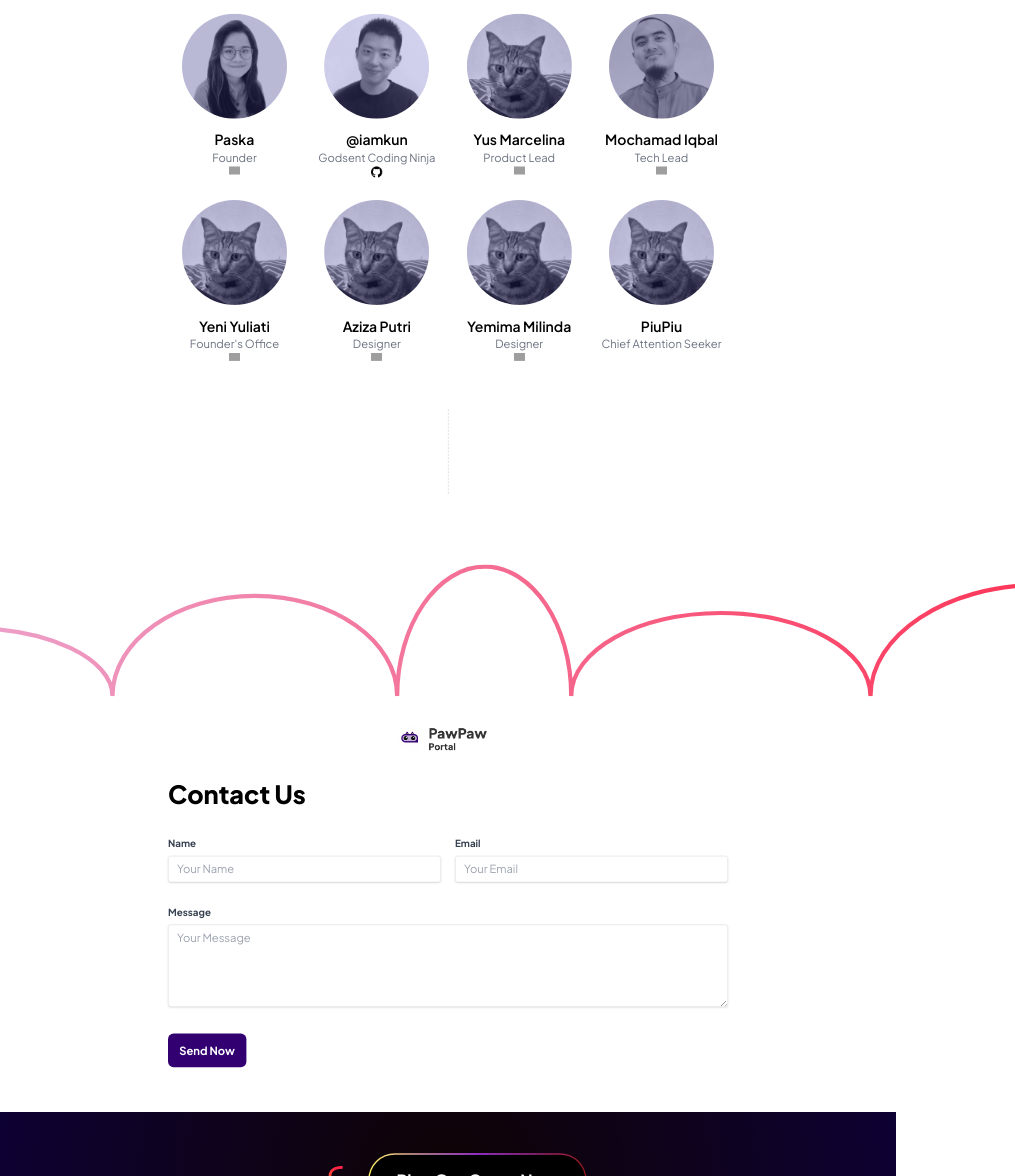
Repository: paskasiregar/pawpawwebsite
Page: /
The author's editor kept a copy of each file at every save. The page is drawn from the files as they stood at one save, then again after the next save.
The browser window is 1280 px wide. The page is 1450 px wide, so the pictures cover 1450 px, including what lies to the right of the window. The pictures show the part of the page from y = 1851 to 3531 px (the page is 4052 px tall before and 4060 px after), at 70% of full size.
Pictures or frames that could not be fetched are drawn as grey boxes. The project was rebuilt for these pictures with package versions that can differ from the ones it lists, and the page was loaded fresh each time. The framework's server and built-in components were replaced by stand-ins that run in the browser. Also part of the build but not shown: next.config.js, next.config.mjs.

Above is the page before, as saved 2024-09-06 12:31:21.

### src/app/layout.js
import { Inter } from "next/font/google";
import "./globals.css";

const inter = Inter({ subsets: ["latin"] });

export const metadata = {
  title: "PawPaw Portal | Your One-Stop Shelter",
  description: "Your One-Stop Shelter",
};

export default function RootLayout({ children }) {
  return (
    <html lang="en">
      <meta
        name="google-adsense-account"
        content="ca-pub-4770655134097556"
      ></meta>
      <body className={inter.className}>{children}</body>
    </html>
  );
}

### src/app/page.js
import { Contact } from "@/components/contact";
import { Divider } from "@/components/divider";
import { Footer } from "@/components/footer";
import { Header } from "@/components/header";
import CTA from "@/components/CTA";
import Hero from "@/components/hero";
import PrimaryButton from "@/components/primaryButton";
import SecButton from "@/components/secButton";
import Image from "next/image";
import bannerImage from "../assets/banner.png";
import logoHeaderImage from "../assets/banner-10.png";
import Link from "next/link";
import Head from "next/head";
import linkedin from "../assets/linkedin.png";
import github from "../assets/github.png";
import piupiu from "../assets/piupiu.png";
import paska from "../assets/paska.png";
import iqbal from "../assets/iqbal.png";
import kun from "../assets/kun.png";

export default async function Home() {
  return (
    <div className="w-full font-plus-jakarta m-auto flex min-h-screen flex-col items-center justify-between">
      <Head>
        <script
          async
          src="https://pagead2.googlesyndication.com/pagead/js/adsbygoogle.js?client=ca-pub-4770655134097556"
          crossorigin="anonymous"
        ></script>
      </Head>
      <section className="w-full">
        <div className="centeredcontainer main-container">
          <Header />
        </div>
        <main className="main-container">
          <Hero />
          <Divider />
          <div className="self-stretch bg-white flex flex-col md:flex-row">
            <div className="flex-1 relative h-48 md:h-[489px] z-[0] flex items-center justify-center">
              <Image
                className="w-[80%] h-auto object-cover"
                alt="banner"
                src={bannerImage}
                width={200}
                height={200}
              />
            </div>

            {/* How it works */}
            <div
              id="how-it-works"
              className="flex-1 flex flex-col items-center md:items-start justify-center gap-4 z-[1] p-4 md:p-8"
            >
              <div className="space-y-4">
                <div className="flex justify-center md:justify-start">
                  <svg
                    width="130"
                    height="77"
                    viewBox="0 0 130 77"
                    fill="none"
                    xmlns="http://www.w3.org/2000/svg"
                  >
                    <path
                      d="M2.04016 48.038C39.1938 19.0059 75.4362 75.5193 75.4362 75.5193C58.6481 44.4597 70.5515 14.7701 105.05 54.8444C105.05 54.8444 88.8644 34.0647 127.885 2.52962"
                      stroke="url(#paint0_linear_545_35744)"
                      strokeWidth="4.42591"
                      strokeMiterlimit="10"
                      strokeLinejoin="bevel"
                    />
                    <defs>
                      <linearGradient
                        id="paint0_linear_545_35744"
                        x1="19.971"
                        y1="73.8863"
                        x2="126.116"
                        y2="-0.218346"
                        gradientUnits="userSpaceOnUse"
                      >
                        <stop offset="0.2868" stopColor="#E9404C" />
                        <stop offset="0.2967" stopColor="#EA475C" />
                        <stop offset="0.3252" stopColor="#EB5B85" />
                        <stop offset="0.3554" stopColor="#EB6CA8" />
                        <stop offset="0.3871" stopColor="#EC79C5" />
                        <stop offset="0.4209" stopColor="#EC84DB" />
                        <stop offset="0.4577" stopColor="#ED8BEB" />
                        <stop offset="0.4998" stopColor="#ED90F4" />
                        <stop offset="0.5589" stopColor="#ED91F7" />
                      </linearGradient>
                    </defs>
                  </svg>
                </div>
                <div className="hidden md:flex items-center justify-center">
                  <Image
                    className="w-36 h-10 object-cover"
                    alt="Logo"
                    src={logoHeaderImage}
                    width={120}
                    height={20}
                  />
                </div>
                <div className="flex flex-col items-center md:items-start">
                  <div className="relative font-extrabold text-2xl md:text-4xl text-center md:text-left">
                    How PawPaw Portal Works
                  </div>
                </div>
                <div className="self-stretch flex flex-col md:flex-row items-center md:items-start justify-start text-lg md:text-xl text-gray-500">
                  <div className="flex-1 flex flex-col items-center md:items-start justify-start">
                    <div className="self-stretch">
                      <p className="m-0 text-center md:text-left">
                        Every video you watch on our app can help animals in
                        need. Fun, isn&apos;t it?
                      </p>
                      <p className="m-2"></p>
                      <p className="m-0 text-center md:text-left">
                        Join us at PawPaw Portal, where animal lovers and
                        shelters meet. Let&apos;s make a difference together!
                      </p>
                    </div>
                  </div>
                </div>
                <div className="flex flex-col md:flex-row gap-2">
                  <PrimaryButton href="https://game.pawpawportal.com">
                    Play Now
                  </PrimaryButton>
                  <Link
                    href="#about-us"
                    className="flex flex-col md:flex-row gap-2"
                  >
                    <SecButton>About Us</SecButton>
                  </Link>
                </div>
              </div>
            </div>
          </div>

          {/* Team */}
          <Divider />
          <div
            id="team"
            className="flex-1 flex flex-col items-center md:items-center justify-center gap-4 z-[1] p-4 md:p-8"
          >
            <div className="space-y-4 justify-center">
              <div className="flex justify-center md:justify-center"></div>

              <div className="flex flex-col items-center md:items-center mb-8">
                <div className="relative font-extrabold text-2xl md:text-4xl text-center md:text-center mb-8">
                  Who are behind PawPaw Portal?
                </div>
              </div>

              <div className="grid grid-cols-1 md:grid-cols-2 lg:grid-cols-4 gap-6 md:gap-8 justify-center">
                {/* Paska */}
                <div className="flex flex-col items-center">
                  <Image
                    className="rounded-full object-cover"
                    alt="Paska"
                    src={paska}
                    width={150}
                    height={150}
                    sizes="(max-width: 768px) 100px, (max-width: 1200px) 150px, 200px"
                  />
                  <div className="text-xl font-semibold mt-4">Paska</div>
                  <div className="text-gray-500">Founder</div>
                  <Link href="https://www.linkedin.com/in/pas-ka" passHref>
                    <Image
                      src={linkedin}
                      alt="LinkedIn"
                      width={16}
                      height={16}
                      sizes="(max-width: 768px) 24px, (max-width: 1200px) 24px"
                    />
                  </Link>
                </div>

                {/* iamkun */}
                <div className="flex flex-col items-center">
                  <Image
                    className="rounded-full object-cover"
                    alt="@iamkun"
                    src={kun}
                    width={150}
                    height={150}
                    sizes="(max-width: 768px) 100px, (max-width: 1200px) 150px, 200px"
                  />
                  <div className="text-xl font-semibold mt-4">@iamkun</div>
                  <div className="text-gray-500">Godsent Coding Ninja</div>
                  <Link href="https://github.com/iamkun" passHref>
                    <Image
                      src={github}
                      alt="GitHub"
                      width={16}
                      height={16}
                      sizes="(max-width: 768px) 24px, (max-width: 1200px) 24px"
                    />
                  </Link>
                </div>

                {/* Kak Yus */}
                <div className="flex flex-col items-center">
                  <Image
                    className="rounded-full object-cover"
                    alt="Yus Marcelina"
                    src={piupiu}
                    width={150}
                    height={150}
                    sizes="(max-width: 768px) 100px, (max-width: 1200px) 150px, 200px"
                  />
                  <div className="text-xl font-semibold mt-4">
                    Yus Marcelina
                  </div>
                  <div className="text-gray-500">Product Lead</div>
                  <Link
                    href="https://www.linkedin.com/in/yus-marcelina"
                    passHref
                  >
                    <Link href="https://www.linkedin.com/in/pas-ka" passHref>
                      <Image
                        src={linkedin}
                        alt="LinkedIn"
                        width={16}
                        height={16}
                        sizes="(max-width: 768px) 24px, (max-width: 1200px) 24px"
                      />
                    </Link>
                  </Link>
                </div>

                {/* Mas Iqbal */}
                <div className="flex flex-col items-center">
                  <Image
                    className="rounded-full object-cover"
                    alt="Moch Iqbal"
                    src={iqbal}
                    width={150}
                    height={150}
                    sizes="(max-width: 768px) 100px, (max-width: 1200px) 150px, 200px"
                  />
                  <div className="text-xl font-semibold mt-4">
                    Mochamad Iqbal
                  </div>
                  <div className="text-gray-500">Tech Lead</div>
                  <Link
                    href="https://www.linkedin.com/in/mochamad-iqbal"
                    passHref
                  >
                    <Link href="https://www.linkedin.com/in/pas-ka" passHref>
                      <Image
                        src={linkedin}
                        alt="LinkedIn"
                        width={16}
                        height={16}
                        sizes="(max-width: 768px) 24px, (max-width: 1200px) 24px"
                      />
                    </Link>
                  </Link>
                </div>

                {/* Julie */}
                <div className="flex flex-col items-center">
                  <Image
                    className="rounded-full object-cover"
                    alt="Yeni Yuliati"
                    src={piupiu}
                    width={150}
                    height={150}
                    sizes="(max-width: 768px) 100px, (max-width: 1200px) 150px, 200px"
                  />
                  <div className="text-xl font-semibold mt-4">Yeni Yuliati</div>
                  <div className="text-gray-500">Founder's Office</div>
                  <Link
                    href="https://www.linkedin.com/in/yeni-yuliati"
                    passHref
                    target="_blank"
                    rel="noopener noreferrer"
                  >
                    <Link href="https://www.linkedin.com/in/pas-ka" passHref>
                      <Image
                        src={linkedin}
                        alt="LinkedIn"
                        width={16}
                        height={16}
                        sizes="(max-width: 768px) 24px, (max-width: 1200px) 24px"
                      />
                    </Link>
                  </Link>
                </div>

                {/* Aziza */}
                <div className="flex flex-col items-center">
                  <Image
                    className="rounded-full object-cover"
                    alt="Aziza Putri"
                    src={piupiu}
                    width={150}
                    height={150}
                    sizes="(max-width: 768px) 100px, (max-width: 1200px) 150px, 200px"
                  />
                  <div className="text-xl font-semibold mt-4">Aziza Putri</div>
                  <div className="text-gray-500">Designer</div>
                  <Link
                    href="https://www.linkedin.com/in/yeni-yuliati"
                    passHref
                    target="_blank"
                    rel="noopener noreferrer"
                  >
                    <Link href="https://www.linkedin.com/in/pas-ka" passHref>
                      <Image
                        src={linkedin}
                        alt="LinkedIn"
                        width={16}
                        height={16}
                        sizes="(max-width: 768px) 24px, (max-width: 1200px) 24px"
                      />
                    </Link>
                  </Link>
                </div>

                {/* Yemima */}
                <div className="flex flex-col items-center">
                  <Image
                    className="rounded-full object-cover"
                    alt="Yemima Milinda"
                    src={piupiu}
                    width={150}
                    height={150}
                    sizes="(max-width: 768px) 100px, (max-width: 1200px) 150px, 200px"
                  />
                  <div className="text-xl font-semibold mt-4">
                    Yemima Milinda
                  </div>
                  <div className="text-gray-500">Designer</div>
                  <Link
                    href="https://www.linkedin.com/in/yeni-yuliati"
                    passHref
                    target="_blank"
                    rel="noopener noreferrer"
                  >
                    <Link href="https://www.linkedin.com/in/pas-ka" passHref>
                      <Image
                        src={linkedin}
                        alt="LinkedIn"
                        width={16}
                        height={16}
                        sizes="(max-width: 768px) 24px, (max-width: 1200px) 24px"
                      />
                    </Link>
                  </Link>
                </div>

                {/* PiuPiu */}
                <div className="flex flex-col items-center">
                  <Image
                    className="rounded-full object-cover"
                    alt="PiuPiu"
                    src={piupiu}
                    width={150}
                    height={150}
                    sizes="(max-width: 768px) 100px, (max-width: 1200px) 150px, 200px"
                  />
                  <div className="text-xl font-semibold mt-4">PiuPiu</div>
                  <div className="text-gray-500">Chief Attention Seeker</div>
                </div>
              </div>
            </div>
          </div>

          <Divider />
          <Contact />
        </main>
        <div className="w-full">
          <div>
            <CTA />
          </div>
          <div id="about-us">
            <Footer />
          </div>
        </div>
      </section>
    </div>
  );
}

### src/components/divider.jsx
export const Divider = () => {
  return (
    <div className="self-stretch h-[195px] flex flex-row items-center justify-center py-16 px-[130px] box-border">
      <div className="w-px relative box-border h-[121px] border-r-[1px] border-dashed border-gray-300" />
    </div>
  );
};

### src/components/header.jsx
import Link from "next/link";
import PrimaryButton from "@/components/primaryButton";
import React from "react";
import Image from "next/image";
import logoHeaderImage from "../assets/banner-10.png";

export const Header = () => {
  return (
    <div className="font-plus-jakarta w-full flex flex-col items-center justify-center text-left text-gray-500">
      <div className="self-stretch bg-white flex flex-col items-center justify-center text-sm">
        <div className="w-full header-content p-2.5 box-border">
          <Link href="/">
            {" "}
            {/* Homepage */}
            <Image
              className="w-36 h-10 object-cover"
              alt="Logo"
              src={logoHeaderImage}
              width={120}
              height={20}
            />
          </Link>
          <div className="hidden md:flex flex-row items-center justify-center gap-8">
            <div>
              <Link href="#how-it-works">How It Works</Link>
            </div>
            <div>
              <Link href="#about-us">About Us</Link>
            </div>
            <div>
              <Link href="/privacy">Privacy Policy</Link>
            </div>
          </div>
          <div className="header-logo-button">
            <PrimaryButton href="https://game.pawpawportal.com">
              Be Our Hero Today!
            </PrimaryButton>
          </div>
        </div>
      </div>
    </div>
  );
};

export default Header;

### src/components/CTA.jsx
import React from "react";
import Link from "next/link";

const CTA = () => {
  return (
    <div className="cta-container font-plus-jakarta p-4 md:p-8 flex flex-col md:flex-row items-center justify-center">
      <svg
        className="cta-decoration mb-4 md:mb-0 md:mr-4"
        width="48"
        height="46"
        viewBox="0 0 48 46"
        fill="none"
        xmlns="http://www.w3.org/2000/svg"
      >
        <path
          d="M2 46C2 27.296 29.551 30.0086 36.5736 34.5625C36.5736 34.5625 14.4611 2 47.5714 2"
          stroke="url(#cta_gradient)"
          strokeWidth="3.92857"
          strokeMiterlimit="10"
          strokeLinejoin="bevel"
        />
        <defs>
          <linearGradient
            id="cta_gradient"
            x1="37.3571"
            y1="2"
            x2="7.5"
            y2="46"
            gradientUnits="userSpaceOnUse"
          >
            <stop stopColor="#FF2445" />
            <stop offset="1" stopColor="#F5AB0E" />
          </linearGradient>
        </defs>
      </svg>
      <Link href="https://game.pawpawportal.com">
        <div className="cta-button text-center bg-gradient-to-r from-orange-500 to-pink-500 text-white font-bold py-2 px-4 rounded-lg shadow-lg cursor-pointer">
          Play Our Game Now
        </div>
      </Link>
    </div>
  );
};

export default CTA;

### src/components/primaryButton.jsx
import React from "react";

const PrimaryButton = ({ children, onClick }) => {
  return (
    <button
      className="self-stretch bg-inherit-320071 hover:bg-blue-700 text-white font-bold px-4 py-3 rounded-lg"
      onClick={onClick}
    >
      {children}
    </button>
  );
};

export default PrimaryButton;

### src/components/secButton.jsx
import React from "react";

const SecButton = ({ children, onClick }) => {
  return (
    <button
      className="bg-white border border-inherit-320071 text-inherit-320071 font-bold py-2 px-4 rounded-lg"
      onClick={onClick}
    >
      {children}
    </button>
  );
};

export default SecButton;

### src/components/nameInput.jsx
import React from "react";

const NameInput = ({ value, onChange }) => {
  return (
    <div className="mb-4">
      <label
        className="block text-gray-700 text-sm font-bold mb-2"
        htmlFor="name"
      >
        Name
      </label>
      <input
        id="name"
        type="text"
        value={value}
        onChange={onChange}
        className="shadow appearance-none border rounded w-full py-2 px-3 text-gray-700 leading-tight focus:outline-none focus:shadow-outline"
        placeholder="Your Name"
      />
    </div>
  );
};

export default NameInput;

### src/components/emailInput.jsx
import React from "react";

const EmailInput = ({ value, onChange }) => {
  return (
    <div className="mb-4">
      <label
        className="block text-gray-700 text-sm font-bold mb-2"
        htmlFor="email"
      >
        Email
      </label>
      <input
        id="email"
        type="email"
        value={value}
        onChange={onChange}
        className="shadow appearance-none border rounded w-full py-2 px-3 text-gray-700 leading-tight focus:outline-none focus:shadow-outline"
        placeholder="Your Email"
      />
    </div>
  );
};

export default EmailInput;

### src/components/mesageInput.jsx
import React from "react";

const MessageInput = ({ value, onChange }) => {
  return (
    <div className="mb-4">
      <label
        className="block text-gray-700 text-sm font-bold mb-2"
        htmlFor="message"
      >
        Message
      </label>
      <textarea
        id="message"
        value={value}
        onChange={onChange}
        className="shadow appearance-none border rounded w-full py-2 px-3 text-gray-700 leading-tight focus:outline-none focus:shadow-outline"
        placeholder="Your Message"
        rows="5"
      />
    </div>
  );
};

export default MessageInput;

Loaded but not shown: tailwind.config.js (24 lines, source omitted); src/components/hero.jsx (211 lines, source omitted); src/components/footer.jsx (175 lines, source omitted); src/components/contact.jsx (94 lines, source omitted); src/app/globals.css (122 lines, source omitted)

After the next save:
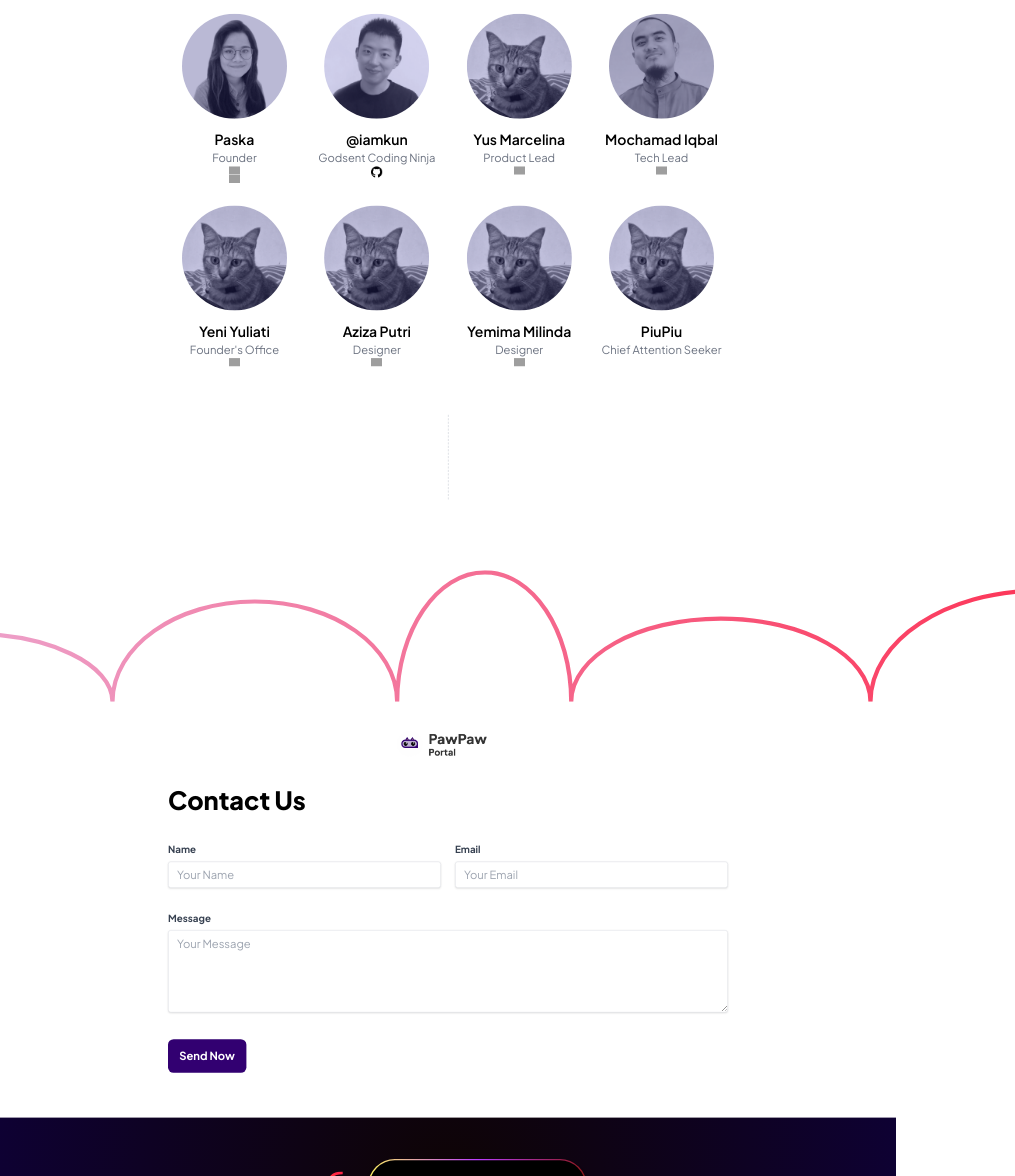
Saved 72 s later.
--- a/src/app/page.js
+++ b/src/app/page.js
@@ -13,6 +13,7 @@ import Link from "next/link";
 import Head from "next/head";
 import linkedin from "../assets/linkedin.png";
 import github from "../assets/github.png";
+import website from "../assets/website.png";
 import piupiu from "../assets/piupiu.png";
 import paska from "../assets/paska.png";
 import iqbal from "../assets/iqbal.png";
@@ -170,6 +171,15 @@ export default async function Home() {
                       sizes="(max-width: 768px) 24px, (max-width: 1200px) 24px"
                     />
                   </Link>
+                  <Link href="https://www.linkedin.com/in/pas-ka" passHref>
+                    <Image
+                      src={linkedin}
+                      alt="LinkedIn"
+                      width={16}
+                      height={16}
+                      sizes="(max-width: 768px) 24px, (max-width: 1200px) 24px"
+                    />
+                  </Link>
                 </div>
 
                 {/* iamkun */}
